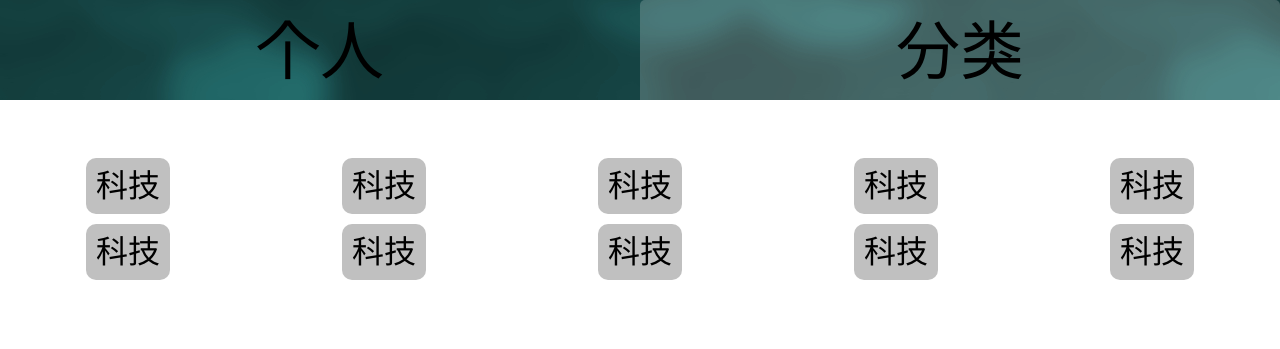
Repository: aoandxie/AoNews
Page: AoNews/WebContent/classify.html
These files come from the project's save history. The page is drawn as it stood at one moment and after the next save; the edit follows.
The browser window is 1280 px wide. The pictures show the whole page.

Above is the page before, as saved 2017-03-05 16:08:57.

### AoNews/WebContent/classify.html
<!DOCTYPE html>
<html>
	<head>
		<meta charset="UTF-8">
		<title>Ao News 首页</title>
		<link type="text/css" rel="stylesheet" href="common_style.css">
	</head>
	<body>
		<div class="Top">
			<ul><a href="faction.html">个人</a></ul>
			<ul class="Now"><a>分类</a></ul>
		</div>
		<div class="ClassBoxContainer">
			<div class="ClassBox"><a>科技</a></div>
			<div class="ClassBox"><a>科技</a></div>
			<div class="ClassBox"><a>科技</a></div>
			<div class="ClassBox"><a>科技</a></div>
			<div class="ClassBox"><a>科技</a></div>
			<div class="ClassBox"><a>科技</a></div>
			<div class="ClassBox"><a>科技</a></div>
			<div class="ClassBox"><a>科技</a></div>
			<div class="ClassBox"><a>科技</a></div>
			<div class="ClassBox"><a>科技</a></div>
		</div>
	</body>
</html>

### AoNews/WebContent/common_style.css
@CHARSET "UTF-8";
/* common set */
*{
	margin: 0;
	border: 0;
	padding: 0;
	font-family: Arial, Helvetica, sans-serif;
}

a{
	text-decoration: none;
	color: #000;
}

/* Login & Register */
.Canvas{
	position: fixed;
	background-image: url("back.jpg");
	width: 100%;
	height: 100%;
}

.Form{
	position: fixed;
	background-color: rgba(255,255,255,.2);
	left: 35%;
	top: 30%;
	border-radius: 5px;
	border-width: 2px;
	border-color: #000000;
	border-style: solid;
	padding: 1em;
	margin: 2em;
	z-index: 255;
}

.Form label{
	font-size: 2em;
	margin-right: 1em;
	z-index: 255;
}

.Form input{
	height: 2em;
	width: 60%;
	font-size: 1em;
	border-style: groove;
	border-width: 2px;
	border-color: #000000;
}

.LineLabel{
	border-bottom-style: solid;
	border-bottom-width: 2px;
	border-bottom-color: #000000;
}

.Button{
	text-align: center;
	margin: 1em;
}

/* Faction & classify */
.Top{
	height: 100px;
	background-image: url("back.jpg");
	width: 100%;
	text-align: center;
}

.Top ul a{
	display: block;
	position: relative;
	float: left;
	width: 50%;
	height: 100px;
	font-size: 4em;
	border-top-left-radius: 5px;
	border-top-right-radius: 5px;
}

.Now a{
	background-color: rgba(255,255,255,.2);
}

/* Faction */
.News{
	text-align: left;
	display: block;
	color: #201f35;
	border-radius: 5px;
	border-width: 2px;
	border-color: #555753;
	border-style: solid;
	width: 250px;
	margin: 5px;
}

.News:HOVER{
	background-color: #888a85;
}

.News a{
	font-size: 2em;
	margin: 5px;
}

.News a:CHECKED{
	color: #201f35;
}

/* Classify */
.ClassBoxContainer{
	position: relative;
	top: 50px;
	width: 100%;
	text-align: center;
}

.ClassBox{
	display: block;
	float: left;
	width: 20%;
	margin: 10px 0;
}

.ClassBox a{
	font-size: 2em;
	padding: 10px;
	border-radius: 10px;
	background-color: silver;
}

After the next save:
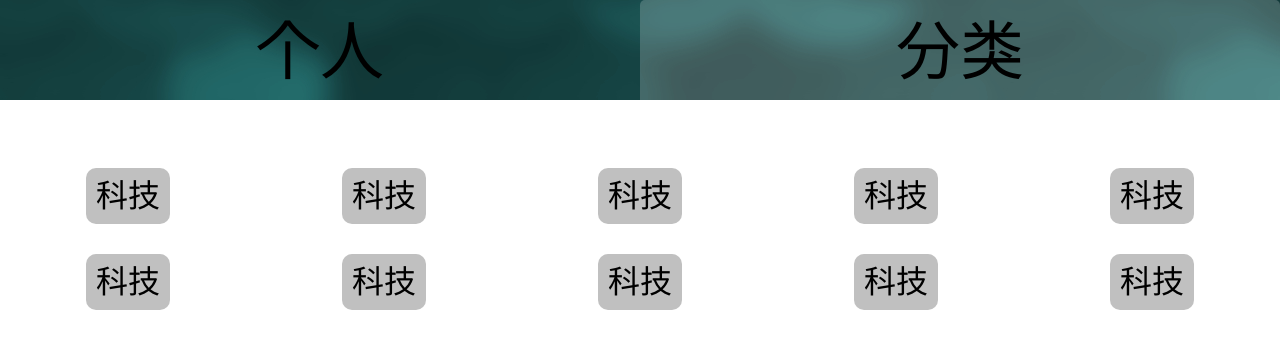
Saved 5 s later.
--- a/AoNews/WebContent/common_style.css
+++ b/AoNews/WebContent/common_style.css
@@ -121,7 +121,7 @@ a{
 	display: block;
 	float: left;
 	width: 20%;
-	margin: 10px 0;
+	margin: 20px 0;
 }
 
 .ClassBox a{
